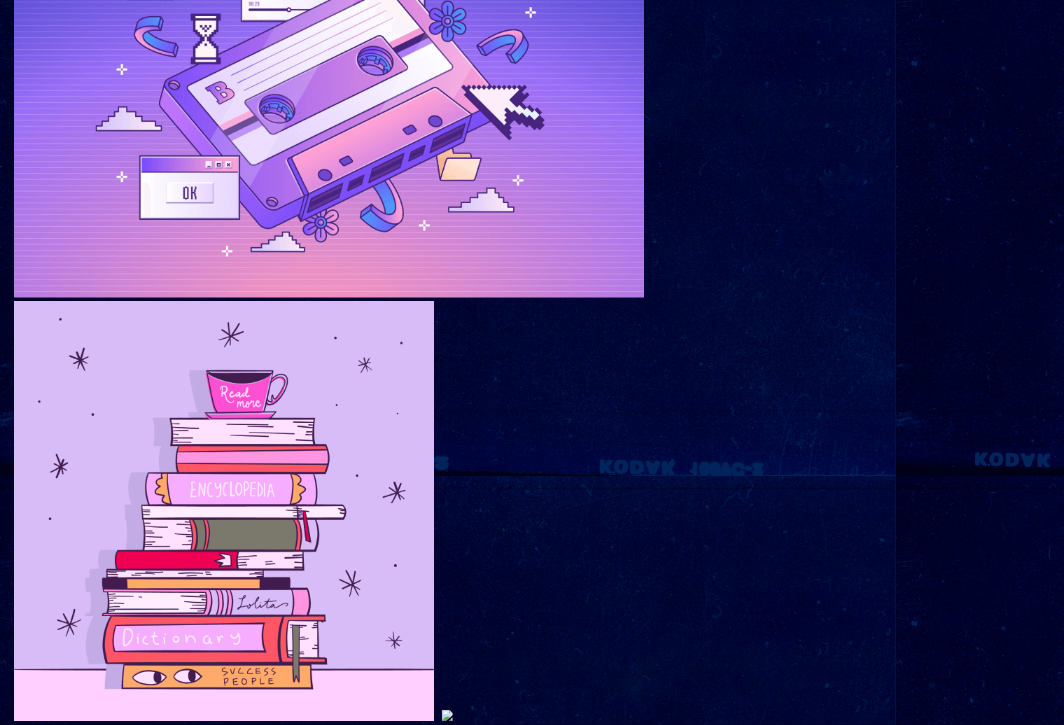
Repository: Hadoooouken/slozhno-sosredotochitsya
Page: index.html
An editor plug-in stored every save of this project. The page is shown before and after a run of saves, followed by the edit.
The browser window is 1280 px wide. The page is 1520 px wide, so the pictures cover 1520 px, including what lies to the right of the window. The pictures show the part of the page from y = 4120 to 5760 px (the page is 5155 px tall before and 5760 px after), at 70% of full size.
Backgrounds fixed to the window are drawn as part of the page.

Above is the page before, as saved 2024-01-22 19:07:36.

### index.html
<!DOCTYPE html>
<html lang="ru">
  <head>
    <meta charset="UTF-8" />
    <meta http-equiv="X-UA-Compatible" content="IE=edge" />
    <meta name="viewport" content="width=device-width, initial-scale=1.0" />
    <meta name="color-scheme" content="dark light" />
    <link rel="icon" href="images/favicon.svg" sizes="any" />
    <link rel="stylesheet" href="fonts/fonts.css" />
    <link rel="stylesheet" href="styles/globals.css" />
    <link rel="stylesheet" href="./styles/variables.css" />
    <link rel="stylesheet" href="scripts/script.js" />
    <link rel="stylesheet" href="./styles/style.css" />
    <link rel="stylesheet" href="./styles/dark.css" />
    <link rel="stylesheet" href="./styles/light.css" />
    <title>Сложно сосредоточиться</title>
  </head>
  <body class="page">
    <header class="header decorated-zone">
      <div class="decoration-element" aria-hidden="true"></div>
      <nav class="header__theme-menu">
        <ul class="header__theme-menu-list">
          <li class="header__theme-menu-item">
            <button
              class="header__theme-menu-button header__theme-menu-button_type_light"
            >
              День
            </button>
          </li>
          <li class="header__theme-menu-item">
            <button
              class="header__theme-menu-button header__theme-menu-button_active header__theme-menu-button_type_auto"
              disabled
            >
              Авто
            </button>
          </li>
          <li class="header__theme-menu-item">
            <button
              class="header__theme-menu-button header__theme-menu-button_type_dark"
            >
              Неон
            </button>
          </li>
        </ul>
      </nav>
      <h1 class="header__title">no focus</h1>
      <div class="header__text title_decor">
        <p>
          Что делать, когда не можешь делать ничего Или&nbspпочему нам так
          сложно сконцентрироваться, особенно когда очень надо
        </p>
      </div>
    </header>
    <main class="main">
      <section class="section">
        <article class="Focus__block">
          <h2 class="column__title">Почему сосредоточиться так сложно</h2>

          <div>
            <h2 class="right__column title_decor">Многозадачность</h2>
            <p class="right__pharahraph">
              Особенно сложно сосредоточиться, когда задач много и все они —
              важные. Где же легендарная многозадачность, когда она так нужна
              вам (и всем нанимающим менеджерам этого мира)? А дело в том, что
              её просто не существует. Исследователи
              <a
                class="paragraph__link"
                href="https://dana.org/article/multicosts-of-multitasking/"
                >выяснили</a
              >, что мозгу тяжело концентрироваться даже на двух делах
              одновременно. А когда в поле внимания попадает несколько важных
              задач, организм паникует и выделяет кортизол и адреналин —
              «гормоны стресса». Из-за этого мы работаем невнимательно:
              ошибаемся и быстро устаём.
            </p>
            <h2 class="right__column title_decor">Дофамин</h2>
            <p class="right__pharahraph">
              С гормонами стресса всё понятно, но дальше — ещё интереснее. В
              нашей невозможности сосредоточиться замешана и полная
              противоположность стрессу — дофамин. Это вещество участвует в
              системе вознаграждения мозга. Причём тут он? Мы часто отвлекаемся
              от важной задачи на что-то более «приятное» для мозгов. Например,
              смотрим лайки в соцсетях. В это время и выделяется дофамин — и мы
              чувствуем удовольствие. Получается замкнутый круг: чем больше
              отвлекаешься, тем больше удовольствия получаешь.
            </p>
          </div>
        </article>
      </section>
      <section class="section">
        <article class="concentration__block">
          <div class="concentration">
            <h2 class="column__title">Что снижает концентрацию внимания?</h2>
          </div>

          <div class="multitasking">
            <h2 class="right__column title_decor">Многозадачность</h2>
            <p class="right__pharahraph">
              Как концентрация может снижаться из-за… концентрации? Любая
              стрессовая ситуация (и резко меняющийся мир в целом) заставляет
              наш мозг постоянно «сканировать» окружающую среду на предмет
              опасности. Например, читать новости вместо работы. Но быть
              собранными всё время — невозможно. Концентрация — мышца, и она
              может не выдержать, если не давать ей отдохнуть.
            </p>
          </div>
          <div class="eat">
            <h2 class="right__column title_decor">Еда</h2>
            <p class="right__pharahraph">
              «Быстрые углеводы» — сахар, белый хлеб, сладости — молниеносно
              доставляют в мозг энергию и помогают ему лучше работать. Но уходит
              эта энергия также быстро, как и приходит. А мы в результате
              попадаем на «углеводные качели»: как только действие «быстрых
              углеводов» заканчивается, мы чувствуем усталость и сонливость. И
              хотим ещё больше быстрых углеводов.
            </p>
          </div>
          <div class="gadgets">
            <h2 class="right__column title_decor">Гаджеты</h2>
            <p class="right__pharahraph">
              Да-да, это та самая ситуация, когда на экране ноутбука — код, в
              наушниках — подкаст, а на компьютере фоном — ещё и видео с
              забавными утятами. В результате мозг пытается переключиться с
              одной задачи на другую — и просто не может. А чтобы вернуться к
              состоянию полной концентрации, человеку в среднем нужно 20 минут.
              Вот и получается, что чем больше времени мы проводим в гаджетах,
              тем больше времени затем нужно, чтобы вернуться к работе.
            </p>
          </div>
        </article>
      </section>
      <section class="section">
        <article class="how__block">
          <h2 class="column__title">
            Как концентрироваться лучше, чем золотая рыбка (то есть дольше трёх
            секунд)
          </h2>
          <div>
            <h2 class="right__column title_decor">
              5 простых (на самом деле не очень) советов
            </h2>
            <h2 class="concentration__title title_decor">Представьте небо и облака</h2>
            <p class="right__pharahraph2">
              Или листья в ручье. Тут дело в лёгкой медитации, которая помогает
              успокоиться. Ведь часто именно тревожные мысли о сложных задачах
              как раз и мешают эти сложные задачи делать. В такие моменты можно
              закрыть глаза и представить, что чистое небо — это вы, а облака —
              тревожные мысли. И сколько бы их ни было — ясное небо всегда будет
              где-то там, за тучами, и никуда не денется. Это упражнение поможет
              вернуться в настоящий момент, а не волноваться о потенциальных
              проблемах из будущего.
            </p>
            <h2 class="concentration__title title_decor">Включите музыку</h2>
            <p class="right__pharahraph2">
              Но не любую, и не любимую. Любимая может быть связана с сильными
              положительными эмоциями, которые тоже очень сильно отвлекают.
              Подойдёт тихая, спокойная, умеренно-ритмичная. Можно вообще
              попробовать включить плейлист в «белым шумом» или нейромузыкой.
            </p>
            <h2 class="concentration__title title_decor">Прогуляйтесь</h2>
            <p class="right__pharahraph2">
              Или даже пробегитесь. Лучше найти парк или лес: один эксперимент
              <a
                class="paragraph__link"
                href="https://www.sciencedirect.com/science/article/abs/pii/S0272494415000328"
                >показал</a
              >, что созерцание природы повышает концентрацию, в то время как
              после просмотра городских пейзажей она наоборот понижается. Можно
              совместить прогулку с физическими упражнениями или бегом — так в
              мозг поступит ещё больше кислорода и он будет лучше работать. Но и
              простая двадцатиминутная прогулка — тоже отличный вариант.
            </p>
            <h2 class="concentration__title title_decor">Хорошо ешьте</h2>
            <p class="right__pharahraph2">
              Мы — не ваша бабушка, но это правда важно. Выбирайте продукты,
              которые препятствуют резким скачкам сахара в крови. Например, с
              высоким содержанием клетчатки: овощи, ягоды, бобовые (нут,
              чечевица, фасоль), коричневый рис, хлеб из цельнозерновой пшеницы.
            </p>
            <h2 class="concentration__title title_decor">Читайте</h2>
            <p class="right__pharahraph2">
              Настоящие бумажные книги. Это правда помогает с концентрацией:
              чтобы прочитать пост в соцсети, достаточно нескольких минут или
              даже секунд. А вот интересная книга способна затянуть и на
              несколько часов и круто тренирует направленное внимание.
            </p>
          </div>
        </article>
      </section>
      <section class="gallery__section section">
        <h2 class="right__column title_decor">А можно в картинках?</h2>
        <div class="gallery__list">
          <img src="/images/sunset.png"class="sunset" alt="закат">
          <img src="images/ice-cream.png" alt="мороженное">
          <img src="./images/tape.png" alt="кассеты">
          <img src="./images/books.png" alt="книги">
          <img src="./






        </div>
      </section>

    </main>

    <script src="./scripts/script.js"></script>
  </body>
</html>

### styles/globals.css
/* Глобальные стили для проекта, их можно дополнять и менять по желанию */

*,
*::before,
*::after {
  box-sizing: border-box;
}

body {
  min-inline-size: 375px;
  max-inline-size: 1440px;
  margin: 0 auto;

}

h1,
h2,
h3,
h4,
h5,
h6,
p {
  margin: 0;
}

ul {
  margin: 0;
  padding: 0;
  list-style: none;
}

picture {
  margin: 0;
  padding: 0;
}

button,
a {
  color: currentColor;
  font-family: inherit;
  font-size: inherit;
  line-height: inherit;
}

### styles/variables.css
:root {/*
  Переменные для вашего проекта
  и их переопределение под различные устройства
*/
--main-font:'IBM Plex mono' sans-serif;
--title-color:#DB00FF;
--main-color:
--subtitle-color:#000028;
--text-color: #F1B2CE;
--section-title: #FF0070;
--bg-color: #000028;
--section-color: #FF0070;
/*--hover: #FF0070;*/
--hover: rgb(255 0 112 / 0.4);
--link-color: #FF0070;




}

### scripts/script.js
const themeButtons = document.querySelectorAll('.header__theme-menu-button');

themeButtons.forEach((button) => {
  button.addEventListener('click', () => {
    themeButtons.forEach((btn) => {
      btn.classList.remove('header__theme-menu-button_active');
      btn.removeAttribute('disabled');
    });
    if (
      [...button.classList].includes('header__theme-menu-button_type_light')
    ) {
      changeTheme('light');
    } else if (
      [...button.classList].includes('header__theme-menu-button_type_dark')
    ) {
      changeTheme('dark');
    } else {
      changeTheme('auto');
    }
    button.classList.add('header__theme-menu-button_active');
    button.setAttribute('disabled', true);
  });
});

function changeTheme(theme) {
  document.body.className = 'page';
  document.body.classList.add(`theme_${theme}`);
  localStorage.setItem('theme', theme);
}

function initTheme() {
  const theme = localStorage.getItem('theme');
  if (theme) {
    changeTheme(theme);
    themeButtons.forEach((btn) => {
      btn.classList.remove('header__theme-menu-button_active');
      btn.removeAttribute('disabled');
    });
    document
      .querySelector(`.header__theme-menu-button_type_${theme}`)
      .classList.add('header__theme-menu-button_active');
    document
      .querySelector(`.header__theme-menu-button_type_${theme}`)
      .setAttribute('disabled', true);
  }
}

initTheme();

### styles/style.css
/* Основные стили проекта. Это стили для темы, которую вы верстаете первой. */

.page {
  /* сохраните в разметке и стилях класс page. На его основе работает скрипт. */

  background-color: var(--bg-color);
  background-image: url(/images/cover-image-dark.png);
  background-attachment: fixed;
  background-position: center;
  background-size: cover;
  font-family: "IBM Plex mono";
  font-size: 18px;
}
.section {
  padding: 0px 20px;
}

.header {
  position: relative;
  block-size: 100vh;
  min-height: 375px;
  height: 100vh;
  padding: 20px;
  display: grid;
  grid-template-rows: 1fr min-content 1fr;
  justify-items: start;
}

.decorated-zone::before {
  content: "";
  position: absolute;
  border-top: 1px solid #ff0070;
  border-right: 1px solid #ff0070;
  right: 20px;
  top: 20px;
  width: 25px;
  height: 25px;
}

.decorated-zone::after {
  content: "";
  position: absolute;
  border-bottom: 1px solid #ff0070;
  border-left: 1px solid #ff0070;
  left: 20px;
  bottom: 20px;
  width: 25px;
  height: 25px;
}
.decoration-element {
  position: absolute;
  right: 48px;
  top: 21px;
}

.decoration-element::before {
  content: "REC";
  color: #ff0070;
  font-family: inherit;
  display: inline-block;
}

.decoration-element::after {
  content: "";
  background-color: #ff0070;
  width: 9px;
  height: 9px;
  border-radius: 50%;
  display: inline-block;
  box-shadow: 0px 0px 4px 2px #ff0070;
  top: 6px;
  left: 42px;
  position: absolute;
}

.header__title {
  font-family: var(--main-font);
  font-size: clamp(7.5rem, 0.5625rem + 14.4531vw, 9.8125rem);
  color: var(--title-color);
  line-height: 82.5%; /* 129.525px */
  text-shadow: 4px 4px 0 var(--section-title);
  margin-left: -20px;
}

.header__theme-menu {
  justify-self: center;
}

.header__text {
  font-size: 18px;
  justify-self: end;
  width: 50%; /*под вопросом*/
  align-self: center;
  font-weight: 700;
  color: var(--subtitle-color);
  line-height: 23.4px;
}

.title_decor {
  background-color: var(--section-title);
}

.header__theme-menu-list {
  display: flex;
  justify-content: center;
  gap: 10px;
}

.header__theme-menu-button {
  background-color: transparent;
  color: var(--section-title);
  border: none;
  text-transform: lowercase;
  line-height: 18px;
  padding: 2px 13px;
  cursor: pointer;
}

.header__theme-menu-button:focus {
  outline: none;
}

.header__theme-menu-button:focus-visible {
  text-decoration: underline;
  outline: none;
  color: var(--section-title);
}

.header__theme-menu-button:hover {
  outline: 1px solid var(--hover);
}

.header__theme-menu-button_active {
  pointer-events: none;
  outline: 1px solid var(--section-title);
}

.main {
  padding-top: 60px;
}

.Focus__block {
  display: grid;
  grid-template-columns: 1fr 2fr;
  gap: 10px;
}

.column__title {
  font-weight: 700;
  color: var(--section-color);
  font-size: inherit;
  line-height: 23.4px;
}

.right__column {
  font-size: inherit;
  line-height: 23.4px;
  margin-bottom: 10px;
  font-weight: 700;
}

.right__pharahraph {
  font-size: inherit;
  line-height: 23.4px;
  color: var(--text-color);
  font-weight: 400;
  margin-bottom: 20px;
}
.right__pharahraph:last-child {
  margin-bottom: 0px;
}

.paragraph__link {
  text-decoration: none;
  cursor: pointer;
  text-shadow: 2px 2px 0 var(--section-title);
}

.paragraph__link:hover {
  border-bottom: 1px solid var(--text-color);
}

.paragraph__link:focus {
  outline: none;
}

.paragraph__link:focus-visible {
  outline: 1px solid var(--text-color);
  color: var(--section-title);
  outline-offset: 0px;
}

.concentration__block {
  padding-top: 80px;
  display: grid;
  grid-template-columns: repeat(3, 1fr);
  grid-template-rows: repeat(2, min-content);
  grid-column-gap: 20px;
  grid-row-gap: 20px;

  grid-template-areas:
    "concentration unset unset"
    "multitasking eat gadgets";
}

.concentration {
  grid-area: concentration;
}

.multitasking {
  grid-area: multitasking;
}
.eat {
  grid-area: eat;
}

.gadgets {
  grid-area: gadgets;
}

.how__block {
  padding-top: 80px;
  display: grid;
  grid-template-columns: 1fr 2fr;
  grid-column-gap: 10px;
}

.concentration__title {
  font-weight: 400;
  font-size: inherit;
  line-height: 23.4px;
  margin-top: 20px;
}

.right__pharahraph2 {
  font-size: inherit;
  line-height: 23.4px;
  color: var(--text-color);
  font-weight: 400;
  margin-top: 10px;
}

.gallery__section {
  padding-top: 80px;
}

.gallery__list {
  margin-top: 20px;
}

### styles/dark.css
/*
  Специально для тёмной темы при наличии класса,
  здесь окажутся стили, которые нужно переопределить принудительно,
  переключая тему
*/

.page.theme_dark {
  /* сохраните этот селектор в приведённом виде.
    Так стили написанные ниже будут иметь больший вес,
    чем стили в медиазапросе предпочтений пользователя
  */
--main-font:'IBM Plex mono' sans-serif;
--title-color:#DB00FF;
--subtitle-color:#000028;
--text-color: #F1B2CE;
--section-title: #FF0070;
--link-color: #FF0070;

}

Loaded but not shown: fonts/fonts.css (common file); styles/light.css (common file)

After the next 4 saves:
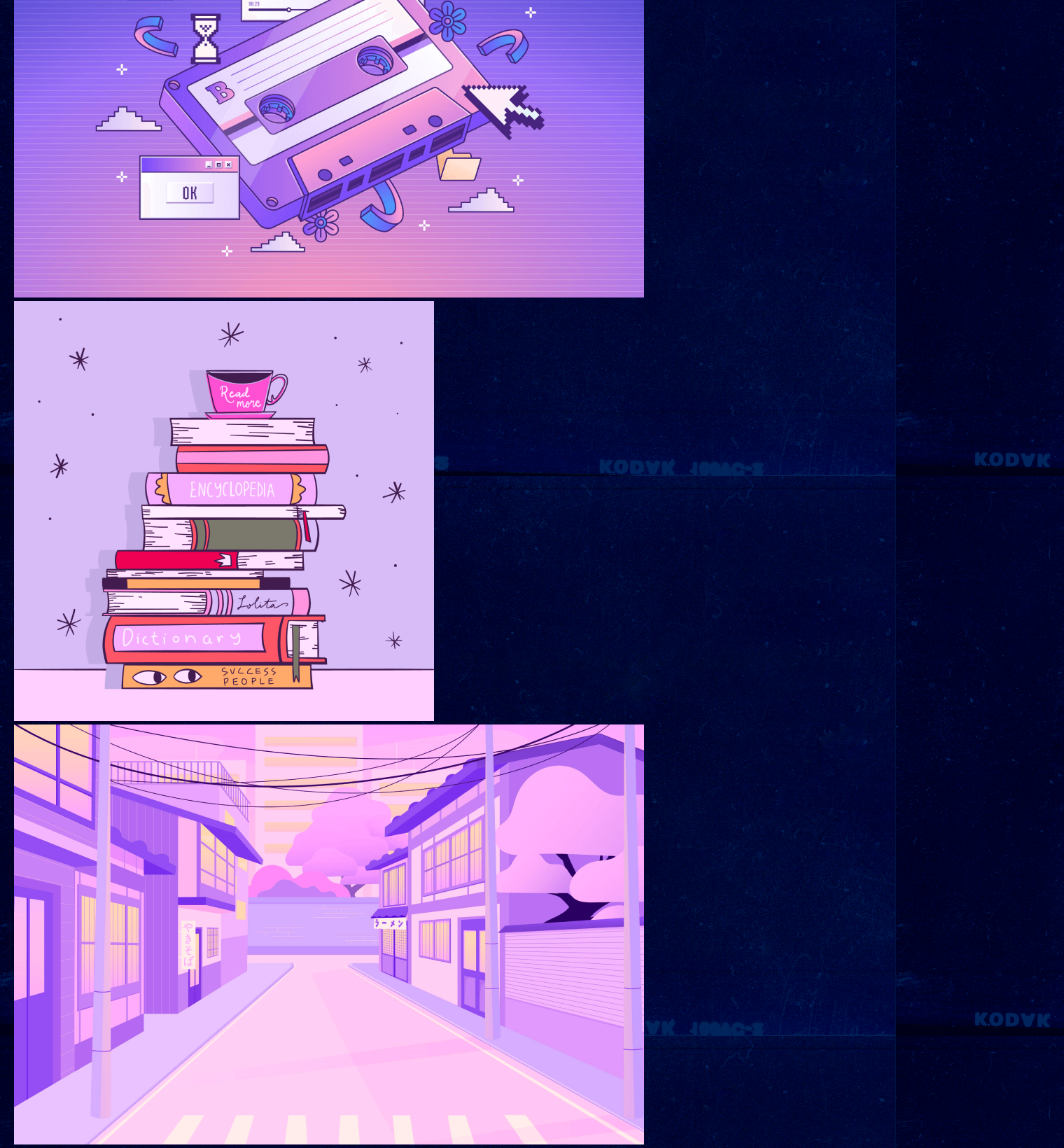
The 4 saves are shown as one change because they came seconds apart.
The last was saved 11 s later.
--- a/index.html
+++ b/index.html
@@ -195,7 +195,7 @@
           <img src="images/ice-cream.png" alt="мороженное">
           <img src="./images/tape.png" alt="кассеты">
           <img src="./images/books.png" alt="книги">
-          <img src="./
+          <img src="./images/street.png"
 
 
 
